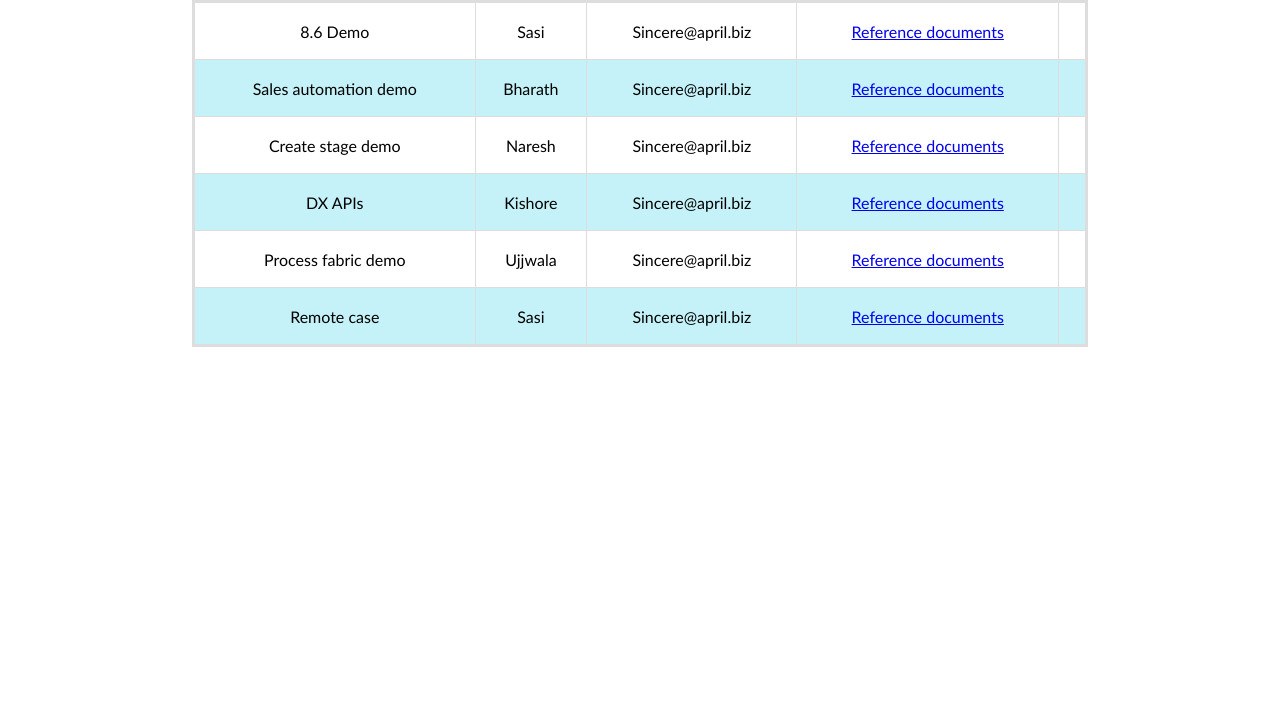
Repository: SasiVeeramachaneni/eventmanager
Page: /
The author's editor kept a copy of each file at every save. The page is drawn from the files as they stood at one save, then again after the next save.
The browser window is 1280 px wide. The pictures show the whole page.
The project was rebuilt for these pictures with package versions that can differ from the ones it lists, and the page was loaded fresh each time. Also part of the build but not shown: src/Card.js.

Above is the page before, as saved 2020-09-02 18:28:39.

### src/index.js
import React from 'react';
import ReactDOM from 'react-dom';
import {BrowserRouter, Route, Switch, Link} from 'react-router-dom';
import './index.css';
import App from './App';
import './fonts/SourceSansPro-Regular.ttf'


const AddEvent = () => (
  <div>
    My event
  </div>
);

const noRoute = () => (
  <div>
    404!-<Link to="/">Go home</Link>
  </div>
);

const routes = (
  <BrowserRouter>
    <Switch>
      <Route path="/" component={App} exact={true}/>
      <Route path="/create" component={AddEvent} />
      <Route component={noRoute} />
    </Switch>
  </BrowserRouter>
);

ReactDOM.render(
  routes,
  document.getElementById('root')
);

### src/App.js
import React from 'react';
import './App.css';
import Events from './Events';
import Header from './Header';

function App() {
  return (
    <div className="App">
      <div className="body">
        <Events />
      </div>

    </div>
  );
}

export default App;

### src/App.css
.App {
  height: 100vh;
  display: grid;
  grid-template-rows: 50px 1fr;
  width: 70%;
  margin-left: auto;
  margin-right: auto;
}

@font-face {
  font-family: 'SourceSansPro';
  src: local('SourceSansPro'), url(./fonts/SourceSansPro-Regular.ttf) format('truetype');
}


.container {
  padding: 2px 16px;
}

.cardList {
  display: flex;
  flex-direction: row;
  justify-content: center;
  max-width: 1000px;
  flex-wrap: wrap;
}

.header {
  display: flex;
  align-items: stretch;
  justify-content: space-evenly;
  padding-top: 10px;
}

.logo {
  flex-grow: 1;
  display: flex;
  align-items: center;
  justify-content: center;
}

.heading {
  flex-grow: 3;
  display: flex;
  align-items: center;
  justify-content: center;
  font-size: 30px;
  font-weight: bold;
  font-family: SourceSansPro;

}

.createbutton {
  width: 10rem;
  color: #FFF;
  background: #4BA7FE;
  border-radius: 8px;
  font-size: 15px;
  line-height: 24px;
  height: 2.5rem;
  position: relative;
  align-items: center;
  box-sizing: border-box;
  transition: all 0.4s ease-in-out;
  border: none;
  font-family: SourceSansPro;


}

.body {

}

#events {
  text-align: center;
  font-family: "Trebuchet MS", Arial, Helvetica, sans-serif;
  border-collapse: collapse;
  border: 3px solid #ddd;
  width: 100%;
}

#events td, #events th {
  border: 1px solid #ddd;
  padding: 8px;
  height: 40px;
}

#events tr:nth-child(even){background-color: #c4f2f8;}

#events tr:hover {background-color: #8AFFDD;}

#events th {
  padding-top: 12px;
  padding-bottom: 12px;
  text-align: center;
  background-color: #4CAF50;
  color: white;
}

### src/Events.js
import React, { Component } from 'react'
import './App.css';
import Card from './Card';


  const CardList = ({ robots }) => {
    const cardsArray = robots.map(robot => (
      <Card
        name={robot.name}
        email={robot.email}
        username={robot.username}
        id={robot.id} />
    ));

    return (
      <div className="cardList">
        {cardsArray}
      </div>
    );
  };

  function Events2() {
      return(
        <CardList />
      );
  }


  class Events extends Component {
    constructor(props) {
       super(props) //since we are extending class Table so we have to use super in order to override Component class constructor
       this.state = { //state is by default an object
          students: [
            {
              id: 1,
              name: "8.6 Demo",
              username: "Sasi",
              email: "Sincere@april.biz",
              document: "www.box.com",
              subsribe: true
            },
            {
              id: 2,
              name: "Sales automation demo",
              username: "Bharath",
              email: "Sincere@april.biz",
              document: "www.box.com",
              subsribe: false

            },
            {
              id: 3,
              name: "Create stage demo",
              username: "Naresh",
              email: "Sincere@april.biz",
              document: "www.box.com",
              subsribe: false
            },
            {
                id: 4,
                name: "DX APIs",
                username: "Kishore",
                email: "Sincere@april.biz",
                document: "www.box.com",
                subsribe: true
            },
            {
                id: 5,
                name: "Process fabric demo",
                username: "Ujjwala",
                email: "Sincere@april.biz",
                document: "www.box.com",
                subsribe: false
            },
            {
                id: 6,
                name: "Remote case",
                username: "Sasi",
                email: "Sincere@april.biz",
                document: "www.box.com",
                subsribe: true
            },
          ]
       }
    }

    renderTableData() {
      return this.state.students.map((student, index) => {
         const { id, name, username, email, document, subscribe } = student //destructuring
         return (
            <tr key={id}>
               <td>{name}</td>
               <td>{username}</td>
               <td>{email}</td>
               <td>
                  <a href="www.box.com" target="_blank" rel="nofollow">
                  Reference documents
                  </a>
                </td>
               <td>{subscribe}</td>
            </tr>
         )
      })
   }

   render() {
      return (
         <div>
            <table id='events'>
               <tbody>
                  {this.renderTableData()}
               </tbody>
            </table>
         </div>
      )
   }
 }

  export default Events;

### src/Card.css
.card {
    box-shadow: 0 4px 8px 0 rgba(0,0,0,0.2);
    transition: 0.3s;
    width: 300px;
    padding: 5px;
    margin-left: 5px;
    margin-right:5px;
    margin-top: 10px;
    border-radius: 8px;
  }

  .card:hover {
    box-shadow: 0 8px 16px 0 rgba(0,0,0,0.2);
  }


  .inlineCard {
    display: flex;
    flex-direction: column;
    align-items: center;
    justify-content: center;
  }

  .topline {
    padding-top: 10px;
    padding-left:5px;
    padding-right: 5px;
    display: flex;
    align-items: flex-start;
    justify-content: space-between;
  }


  .time {
    font-size: 14px;
}

@font-face {
    font-family: 'SourceSansPro';
    src: local('SourceSansPro'), url(./fonts/SourceSansPro-Regular.ttf) format('truetype');
  }


  .userName{
    font-family: SourceSansPro;
    font-size:14px;

  }
.unsubscribe {
    width: 10rem;
    color: #FFF;
    background: #bbc2c9;
    border-radius: 8px;
    font-size: 15px;
    line-height: 24px;
    height: 2.5rem;
    position: relative;
    align-items: center;
    box-sizing: border-box;
    transition: all 0.4s ease-in-out;
    border: none;
    font-family: SourceSansPro;
    margin-top: 10px;
    margin-bottom: 2px;

  }

  .subscribe {
    width: 10rem;
    color: #FFF;
    background: #4BA7FE;
    border-radius: 8px;
    font-size: 15px;
    line-height: 24px;
    height: 2.5rem;
    position: relative;
    align-items: center;
    box-sizing: border-box;
    transition: all 0.4s ease-in-out;
    border: none;
    font-family: SourceSansPro;
    margin-top: 10px;
    margin-bottom: 2px;

  }

### src/Header.js
import React from 'react';
import './App.css';
import logo from './logo.svg';

function Header() {
  return (
      <div className="header">
        <div className="logo"><img src={logo} alt=""/></div>
        <div className="heading">PEGA EVENT MANAGER</div>
        <div className="logo"><button type="button" className="createbutton">Create event</button></div>
      </div>
  );
}

export default Header;

Loaded but not shown: public/index.html (common file); src/index.css (common file)

After the next save:
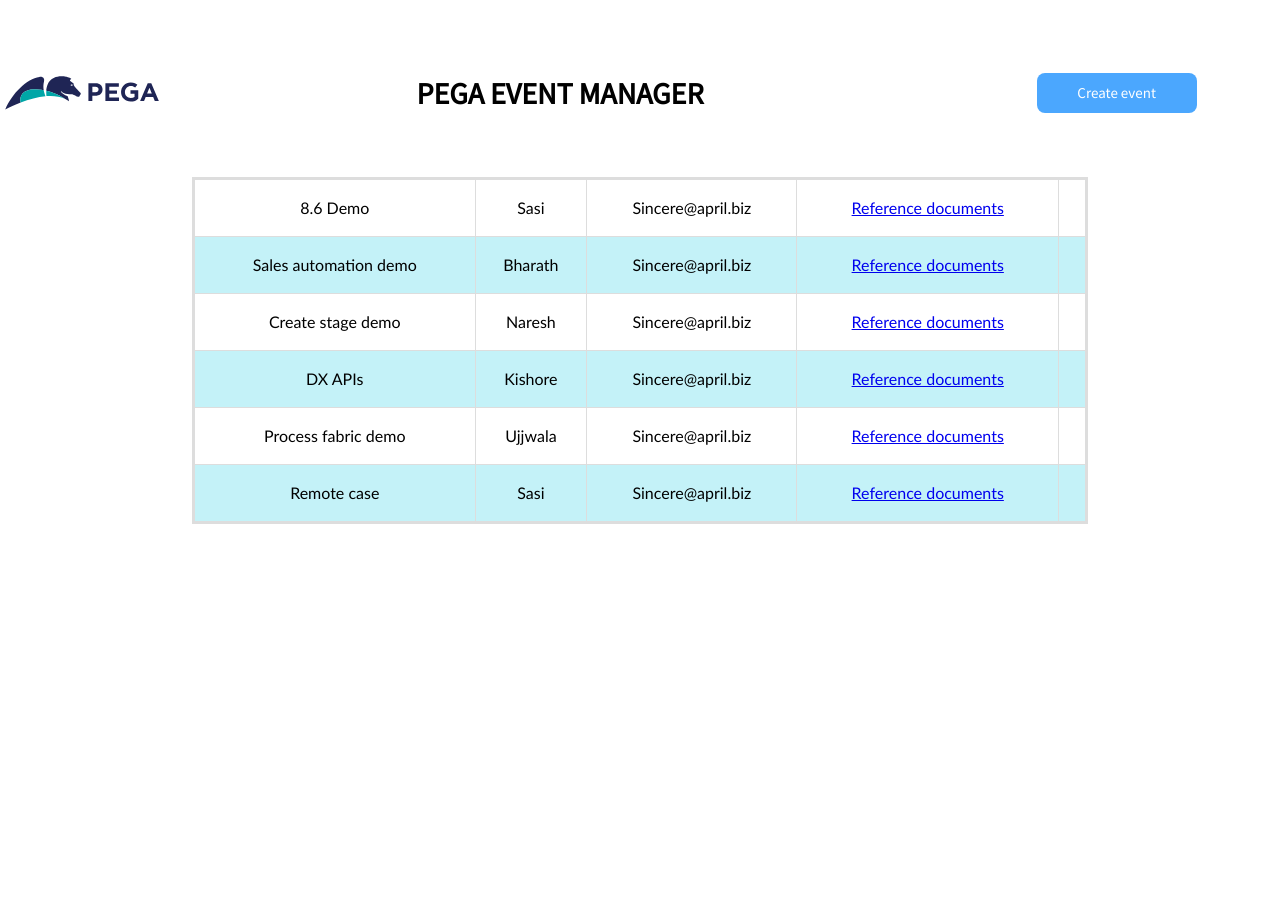
Saved 4 s later.
--- a/src/index.js
+++ b/src/index.js
@@ -2,6 +2,7 @@
 import ReactDOM from 'react-dom';
 import {BrowserRouter, Route, Switch, Link} from 'react-router-dom';
 import './index.css';
+import Header from './Header';
 import App from './App';
 import './fonts/SourceSansPro-Regular.ttf'
 
@@ -20,11 +21,14 @@
 
 const routes = (
   <BrowserRouter>
+  <div>
+    <Header />
     <Switch>
       <Route path="/" component={App} exact={true}/>
       <Route path="/create" component={AddEvent} />
       <Route component={noRoute} />
     </Switch>
+    </div>
   </BrowserRouter>
 );
 
